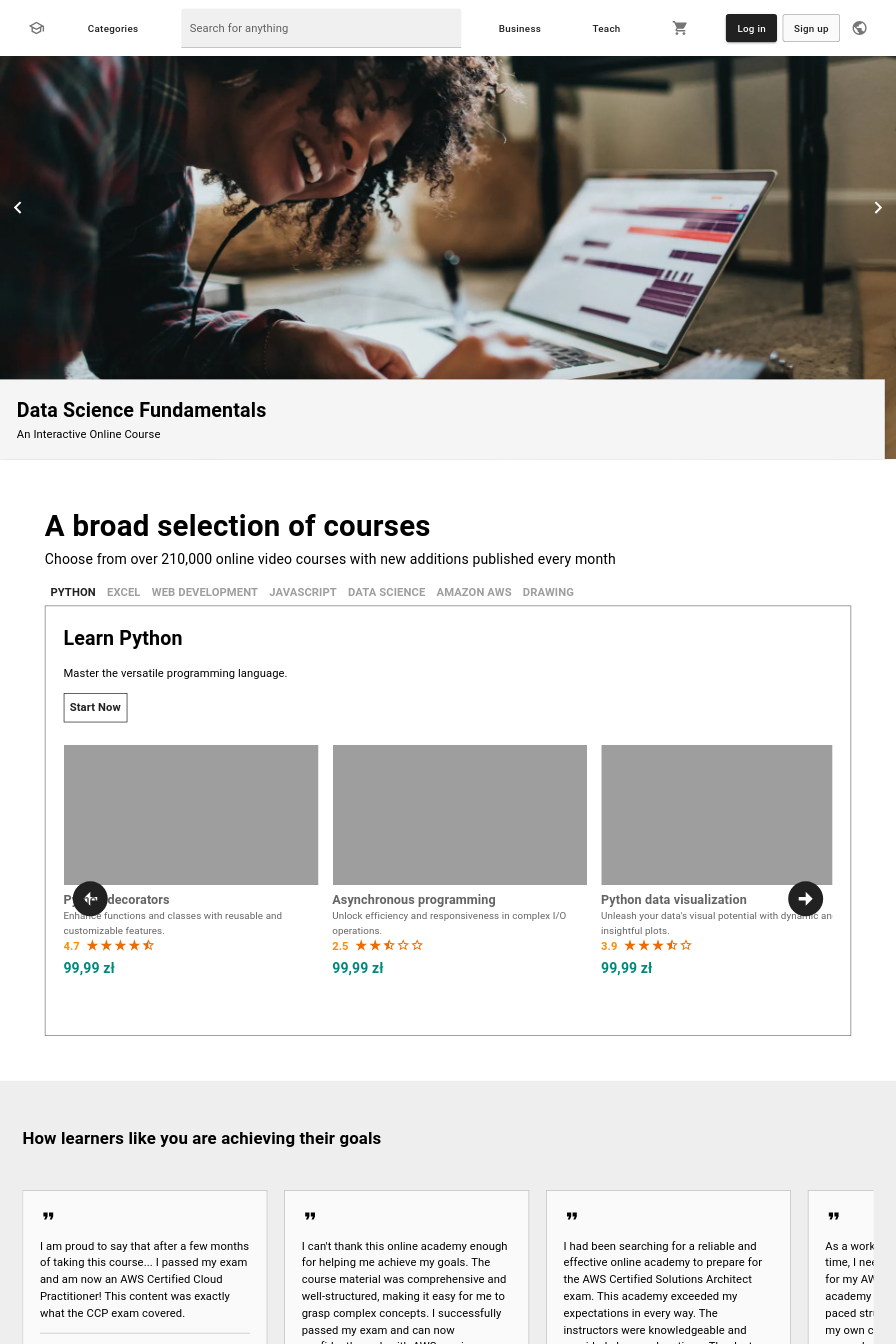
Repository: princ3-web/academy
Page: /
These files come from the project's save history. The page is drawn as it stood at one moment and after a run of saves; the edit follows.
The browser window is 1280 px wide. The pictures show the part of the page from y = 0 to 1920 px (the page is 5458 px tall), at 70% of full size.
Pictures or frames that could not be fetched are drawn as grey boxes. The project was rebuilt for these pictures with package versions that can differ from the ones it lists, and the page was loaded fresh each time. Also part of the build but not shown: vite.config.js, src/pages/Courses.jsx, src/pages/Business.jsx, src/pages/Teach.jsx.

Above is the page before, as saved 2023-07-12 16:37:09.

After the next 4 saves:
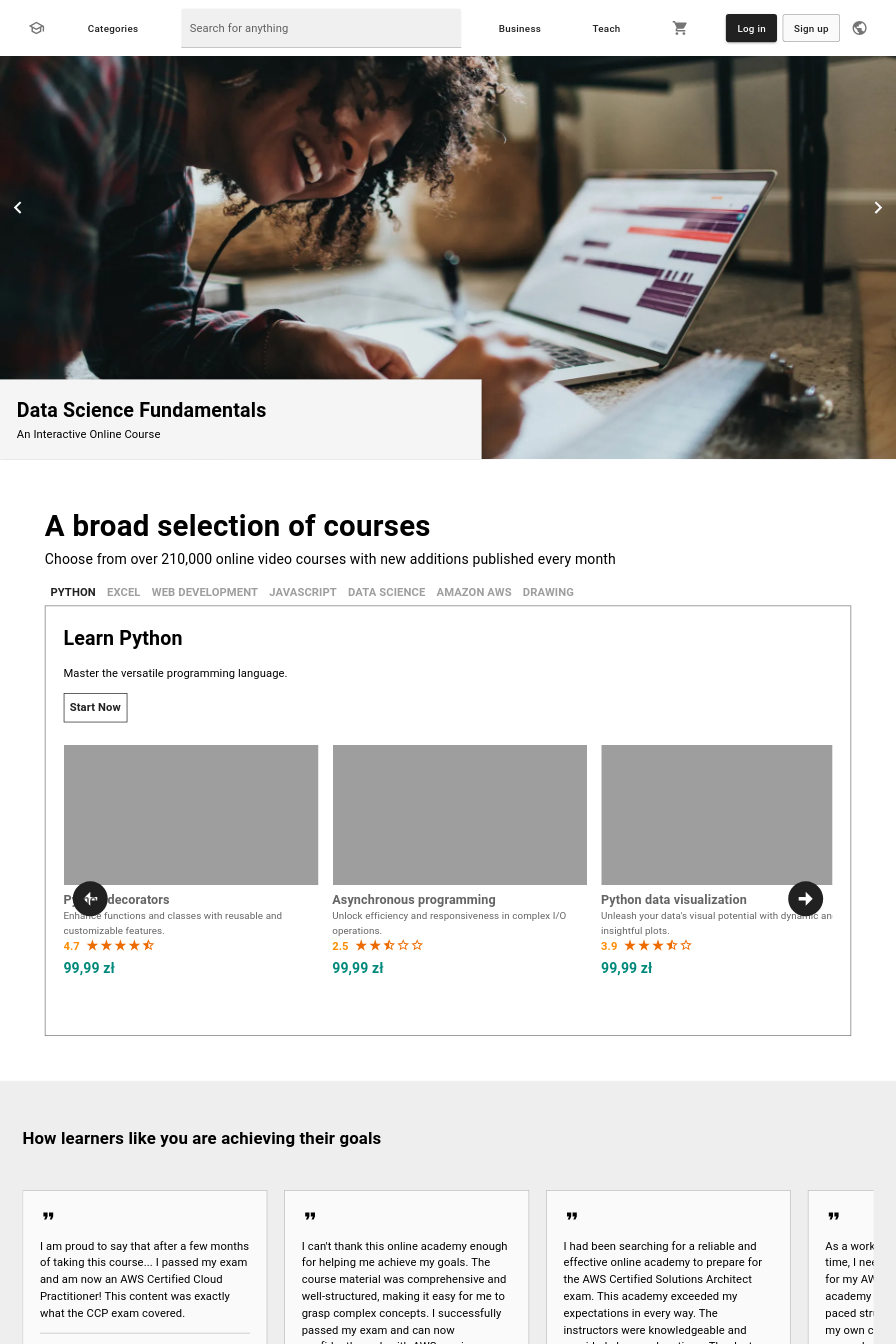
The 4 saves are shown as one change because they came seconds apart.
The last was saved 12 s later.
--- a/src/components/SingleCarousel.jsx
+++ b/src/components/SingleCarousel.jsx
@@ -71,7 +71,7 @@
               bottom: 0,
               zIndex: 1,
               boxShadow: 10,
-              width: "95%",
+              width: "50vw",
               backgroundColor: grey[100],
             }}
           >
